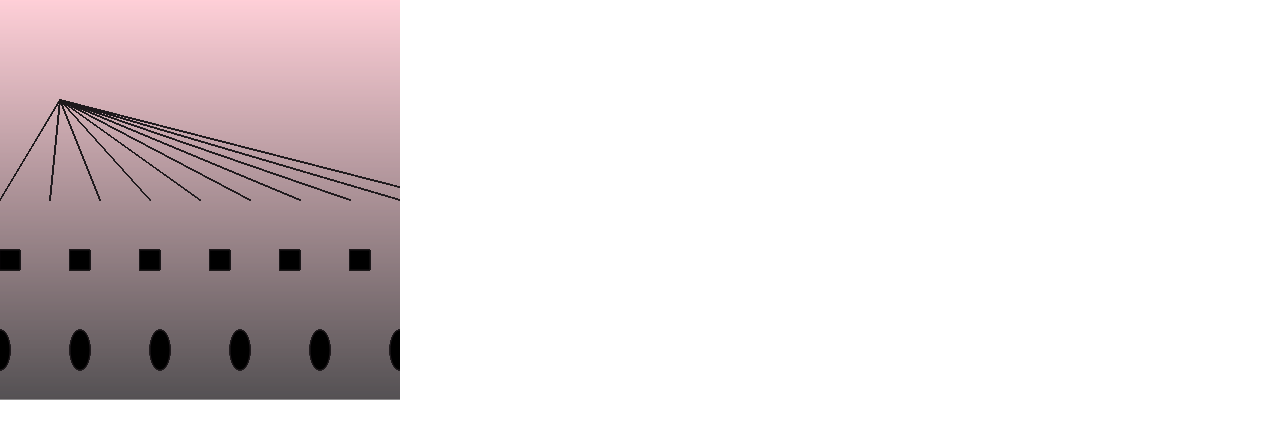
Repository: patriciqa/GenComp
Page: content/day01/03/index.html
The author's editor kept a copy of each file at every save. The page is drawn from the files as they stood at one save, then again after the next save.
The browser window is 1280 px wide. The pictures show the whole page.

Above is the page before, as saved 2021-09-29 15:09:58.

After the next save:
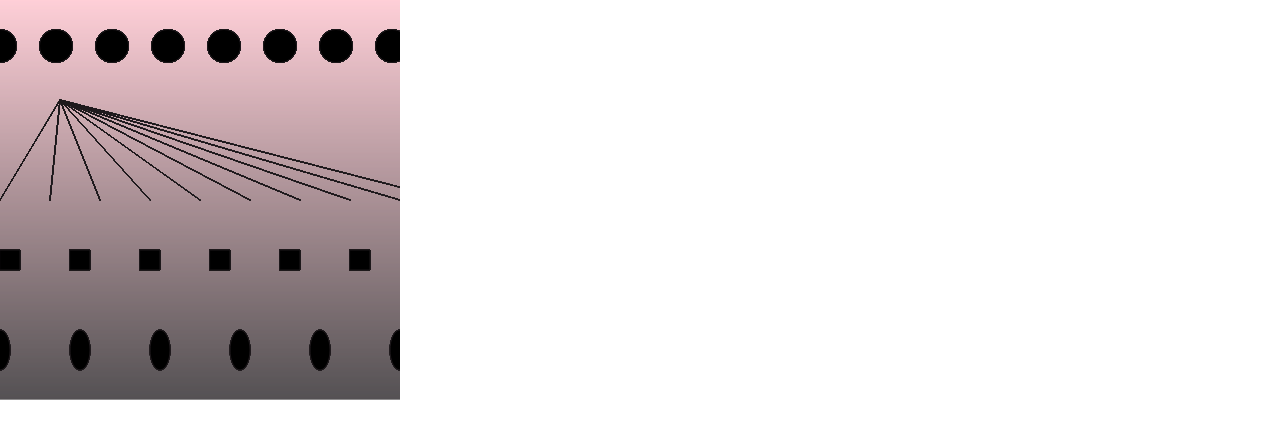
Saved 6 s later.
--- a/content/day01/03/sketch.js
+++ b/content/day01/03/sketch.js
@@ -9,7 +9,7 @@ function draw() {
 
 for(let i = 0; i <10; i++) {
   fill('black')
-  ellipse(56*i, 46);
+  ellipse(56*i, 46, 33, 33);
   line(50*i, 200, 60,   100);
   rect(70*i, 250, 20,   20);
   ellipse(80*i, 350, 20,   40);
